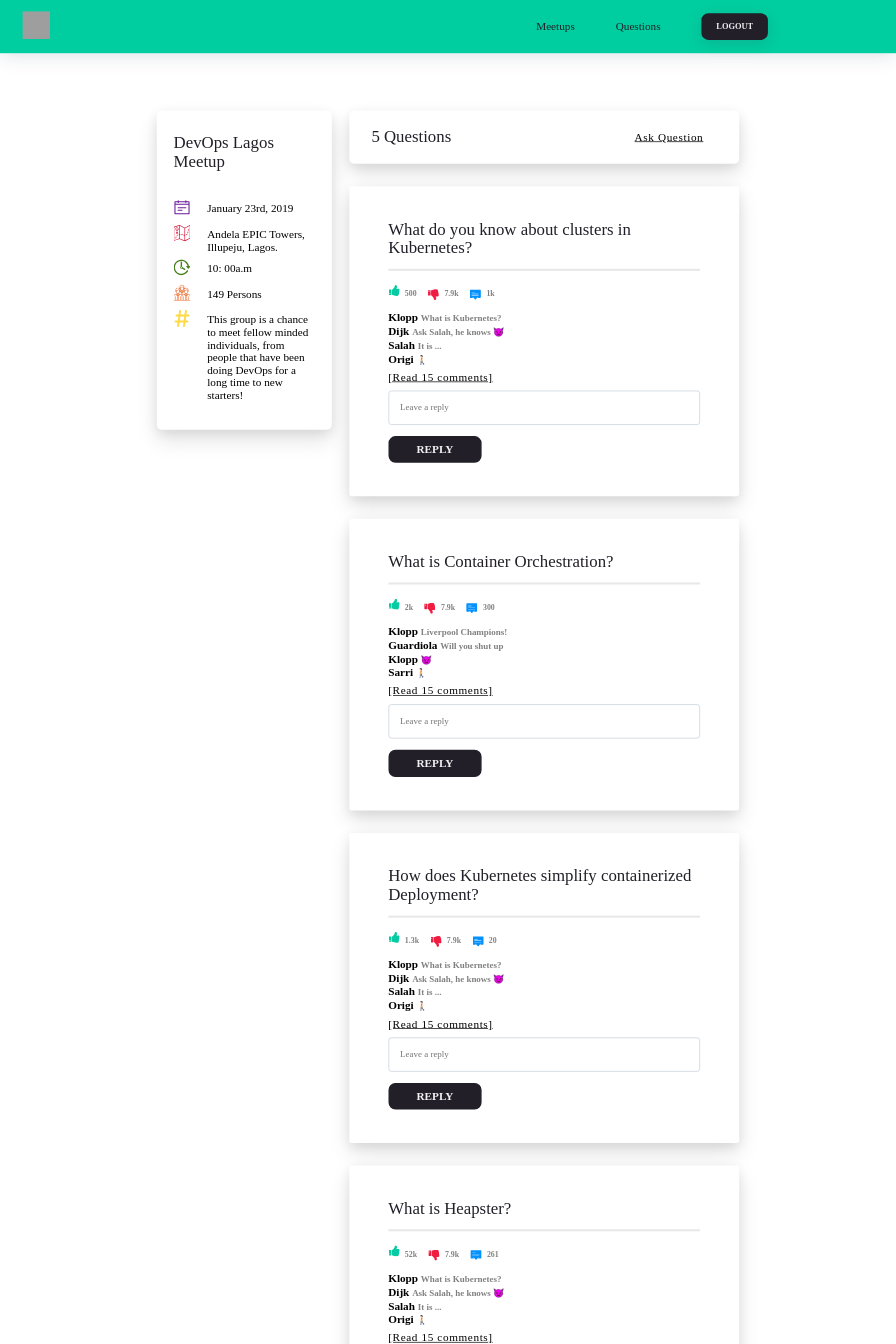
Repository: Gfreedoms/Epic-Mail
Page: pages/groups.html
The author's editor kept a copy of each file at every save. The page is drawn from the files as they stood at one save, then again after the next save.
The browser window is 1280 px wide. The pictures show the part of the page from y = 0 to 1920 px (the page is 3842 px tall), at 70% of full size.
Pictures or frames that could not be fetched are drawn as grey boxes. Some web fonts or font styles are not loaded; a fallback is used.

Above is the page before, as saved 2019-02-27 07:30:00.

After the next save:
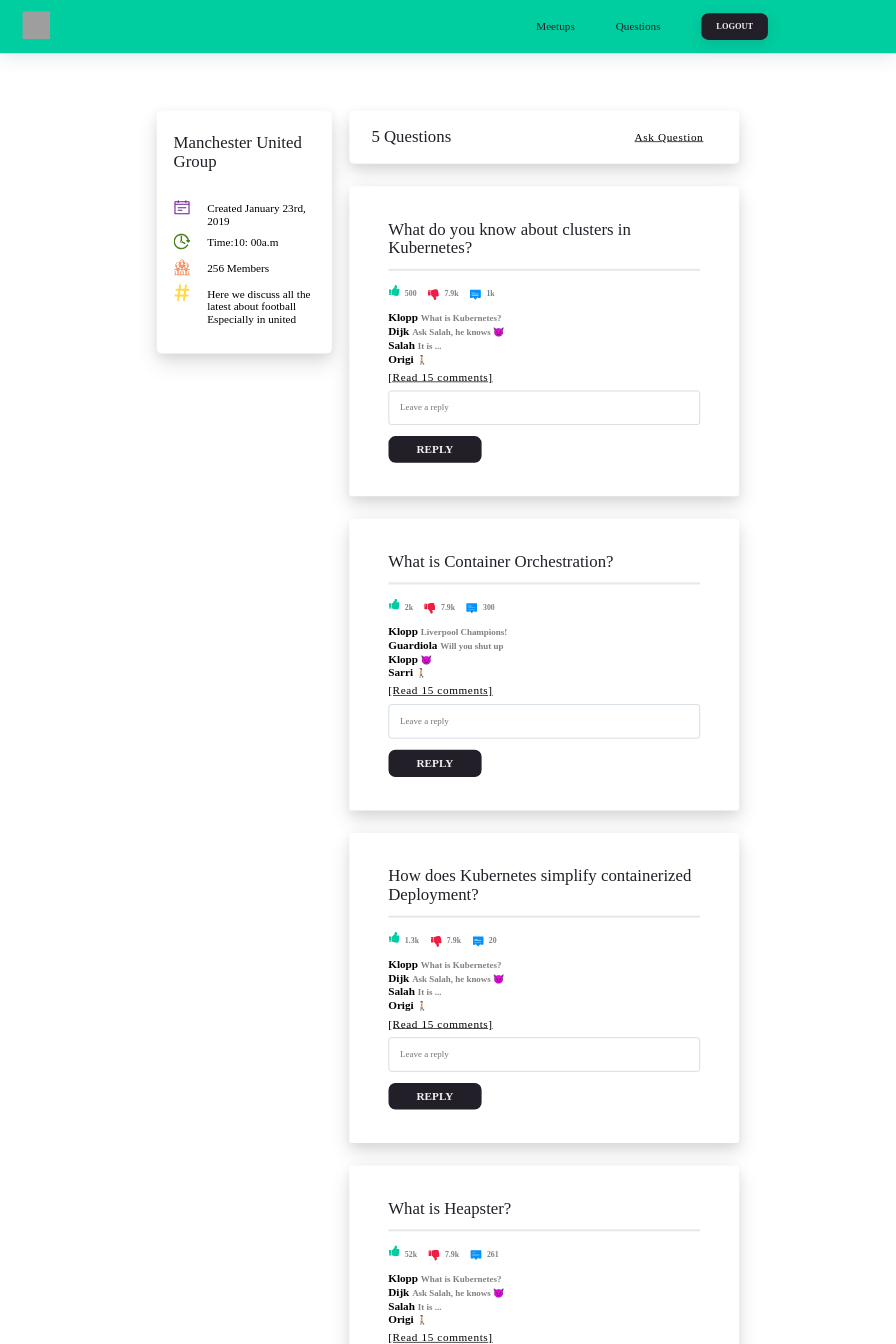
Saved 5 min 56 s later.
--- a/pages/groups.html
+++ b/pages/groups.html
@@ -15,7 +15,7 @@
 	<link rel="stylesheet" href="../styles/base.css">
 	<link rel="stylesheet" href="../styles/format.css">
 	<link rel="stylesheet" href="../styles/questions.css">
-	<title>View Questions | QUESTIONER - ANDELA BOOTCAMP</title>
+	<title>View Groups| Epic Mail - ANDELA BOOTCAMP</title>
 </head>
 
 <body>
@@ -48,29 +48,24 @@
 	<div id="details" class="container ptb-5 mauto">
 		<div class="side">
 			<div class="content card">
-				<h3 class="md-text">DevOps Lagos Meetup</h3>
+				<h3 class="md-text">Manchester United Group</h3>
 				<ul class="list-items">
 					<li>
 						<img src="../assets/imgs/icons/calendar.svg" alt="">
-						<span>January 23rd, 2019</span>
+						<span> Created January 23rd, 2019</span>
 					</li>
-					<li>
-						<img src="../assets/imgs/icons/maps.svg" alt="">
-						<span>Andela EPIC Towers, Illupeju, Lagos.</span>
-					</li>
+
 					<li>
 						<img src="../assets/imgs/icons/time.svg" alt="">
-						<span>10: 00a.m</span>
+						<span> Time:10: 00a.m</span>
 					</li>
 					<li>
 						<img src="../assets/imgs/icons/people.svg" alt="">
-						<span>149 Persons</span>
+						<span>256 Members</span>
 					</li>
 					<li>
 						<img src="../assets/imgs/icons/hastag.svg" alt="">
-						<span>This group is a chance to meet fellow minded individuals, from people that have been doing DevOps for a
-							long time
-							to new starters!</span>
+						<span>Here we discuss all the latest about football Especially in united</span>
 					</li>
 				</ul>
 			</div>
